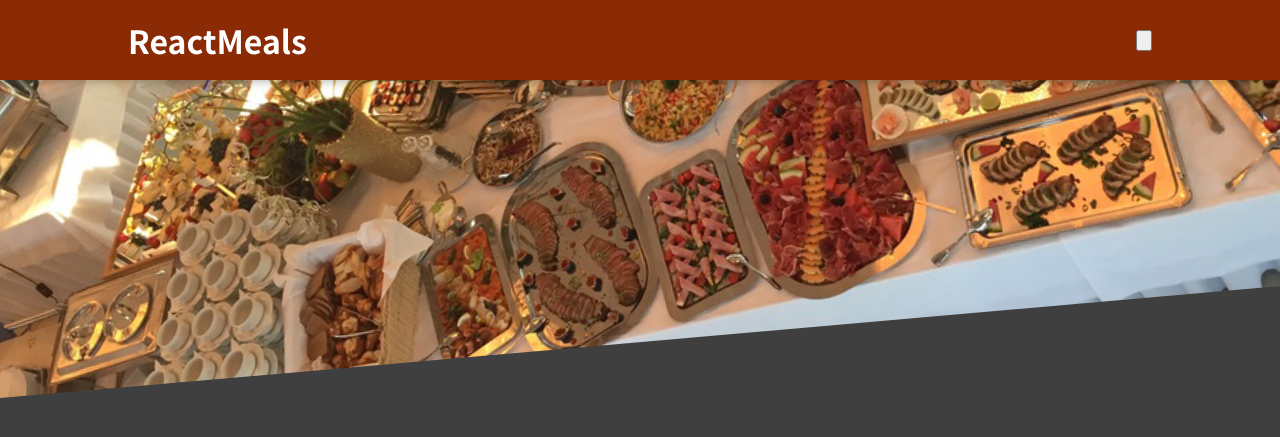
Repository: m-ahmadshaikh/React-Food-Ordering-App
Page: /
These files come from the project's save history. The page is drawn as it stood at one moment and after the next save; the edit follows.
The browser window is 1280 px wide. The pictures show the whole page.
The project was rebuilt for these pictures with package versions that can differ from the ones it lists, and the page was loaded fresh each time.

Above is the page before, as saved 2022-09-08 16:27:09.

After the next save:
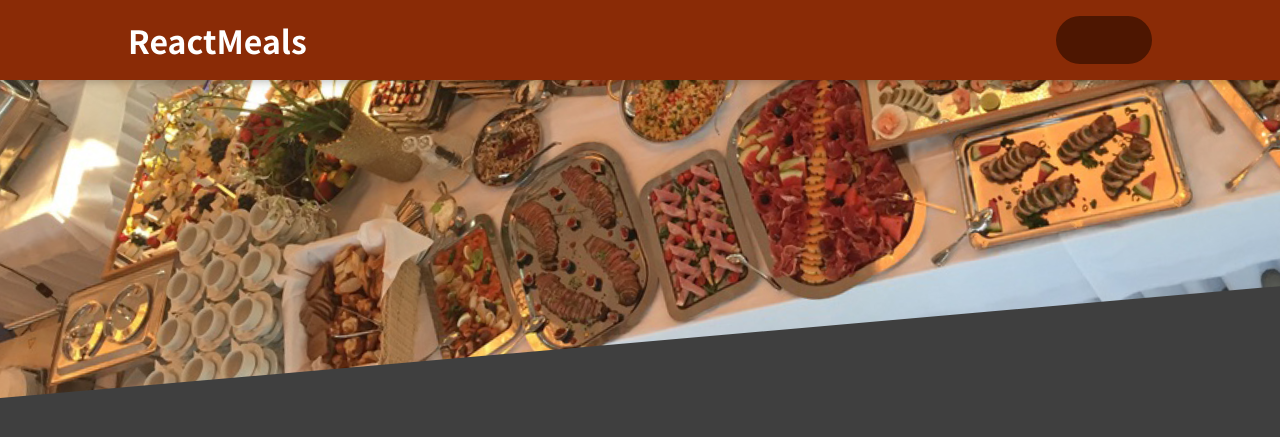
Saved 42 s later.
--- a/src/components/Layout/HeaderCartButton.js
+++ b/src/components/Layout/HeaderCartButton.js
@@ -1,9 +1,9 @@
 import React from 'react';
 import CartIcon from '../Cart/CartIcon';
-
+import classes from './HeaderCartButton.module.css';
 export default function HeaderCartButton() {
   return (
-    <button>
+    <button className={classes.button}>
       <span>
         <CartIcon />
       </span>
